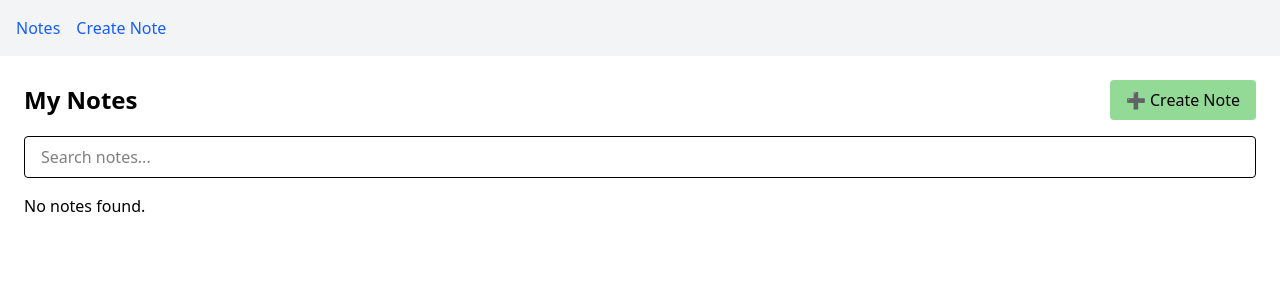
Repository: pin-seavmuy/NoteApplication
Page: / (app in note-vue/)
An editor plug-in stored every save of this project. The page is shown before and after the next save, followed by the edit.
The browser window is 1280 px wide. The pictures show the whole page.
The page's requests for data from a server got no answer. The project was rebuilt for these pictures with package versions that can differ from the ones it lists, and the page was loaded fresh each time. No one was signed in, and anything a server would have sent is missing. Also part of the build but not shown: note-vue/vite.config.ts, note-vue/src/components/NoteWrapper.vue, note-vue/src/views/CreateNote.vue, note-vue/src/views/NoteDetail.vue, note-vue/src/views/UpdateNote.vue.

Above is the page before, as saved 2025-09-16 10:53:25.

### note-vue/src/main.ts
// import { createApp } from 'vue'
// import './style.css'
// import App from './App.vue'

// createApp(App).mount('#app')


import { createApp } from 'vue'
import App from './App.vue'
import router from './router'
import './style.css'

const app = createApp(App)
app.use(router)
app.mount('#app')

### note-vue/src/App.vue
<script setup lang="ts">
  import HelloWorld from './components/HelloWorld.vue'
  import NotesList from '../components/NotesList.vue'
</script>

<!-- <template>
  <div>
    <HelloWorld msg="Vite + Vue" />
    <NotesList />
  </div>
</template> -->

<template>
  <div>
    <nav class="p-4 bg-gray-100 flex space-x-4">
      <router-link to="/" class="text-blue-600 hover:underline">Notes</router-link>
      <router-link to="/create" class="text-blue-600 hover:underline">Create Note</router-link>
    </nav>

    <router-view />
  </div>
</template>

<style scoped>
</style>

### note-vue/src/router/index.ts
import { createRouter, createWebHistory } from 'vue-router'

import NotesList from '../views/NotesList.vue'
import CreateNote from '../views/CreateNote.vue'
import NoteDetail from '../views/NoteDetail.vue'
import UpdateNote from '../views/UpdateNote.vue'

const routes = [
  {
    path: '/',
    name: 'NotesList',
    component: NotesList,
  },
  {
    path: '/create',
    name: 'CreateNote',
    component: CreateNote,
  },
  {
    path: '/notes/:id',
    name: 'NoteDetail',
    component: NoteDetail,
    props: true,
  },
    {
    path: '/notes/:id/edit',
    name: 'UpdateNote',
    component: UpdateNote,
    props: true
    }
]

const router = createRouter({
  history: createWebHistory(),
  routes,
})

export default router

### note-vue/src/views/NotesList.vue
<template>
  <div class="p-6">
    <div class="flex items-center justify-between mb-4">
      <h1 class="text-2xl font-bold">My Notes</h1>
      <router-link
        to="/create"
        class="text-base px-4 py-2 rounded text-black hover:brightness-90"
        style="background-color: #93DA97;"
      >
        ➕  Create Note
      </router-link>

    </div>



    <input
      v-model="search"
      type="text"
      placeholder="Search notes..."
      class="px-4 py-2 border rounded w-full mb-4"
    />

    <div v-if="loading">Loading...</div>
    <div v-else-if="filteredNotes.length === 0">No notes found.</div>

    <div
      v-else
      class="grid gap-4 grid-cols-1 sm:grid-cols-2 lg:grid-cols-3 xl:grid-cols-4"
    >
      <NoteWrapper
        v-for="note in filteredNotes"
        :key="note.id"
        :note="note"
      />
    </div>
  </div>
</template>

<script setup lang="ts">
import { ref, computed, onMounted } from 'vue'
import api from '../api/axios'
import NoteWrapper from '../components/NoteWrapper.vue'

interface Note {
  id: number
  title: string
  content: string | null
  createdAt: string
  updatedAt?: string | null
}

const notes = ref<Note[]>([])
const loading = ref(false)
const search = ref('')

async function fetchNotes() {
  loading.value = true
  try {
    const res = await api.get('/Notes')
    notes.value = res.data as Note[]
  } catch (error) {
    console.error('Error fetching notes:', error)
  } finally {
    loading.value = false
  }
}

const filteredNotes = computed(() =>
  notes.value.filter(note =>
    note.title.toLowerCase().includes(search.value.toLowerCase())
  )
)

onMounted(fetchNotes)
</script>

### note-vue/src/api/axios.ts
import axios from 'axios'

const api = axios.create({
  baseURL: 'http://localhost:5258/api',
})

export default api;

Loaded but not shown: note-vue/index.html (common file); note-vue/src/style.css (common file)

After the next save:
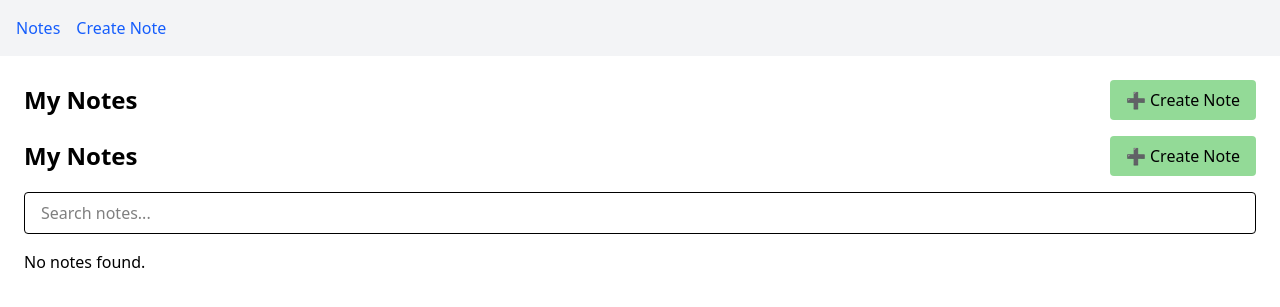
Saved 55 s later.
--- a/note-vue/src/views/NotesList.vue
+++ b/note-vue/src/views/NotesList.vue
@@ -1,5 +1,17 @@
 <template>
   <div class="p-6">
+    <div class="flex items-center justify-between mb-4">
+      <h1 class="text-2xl font-bold">My Notes</h1>
+      <router-link
+        to="/create"
+        class="text-base px-4 py-2 rounded text-black hover:brightness-90"
+        style="background-color: #93DA97;"
+      >
+        ➕  Create Note
+      </router-link>
+
+    </div>
+
     <div class="flex items-center justify-between mb-4">
       <h1 class="text-2xl font-bold">My Notes</h1>
       <router-link
